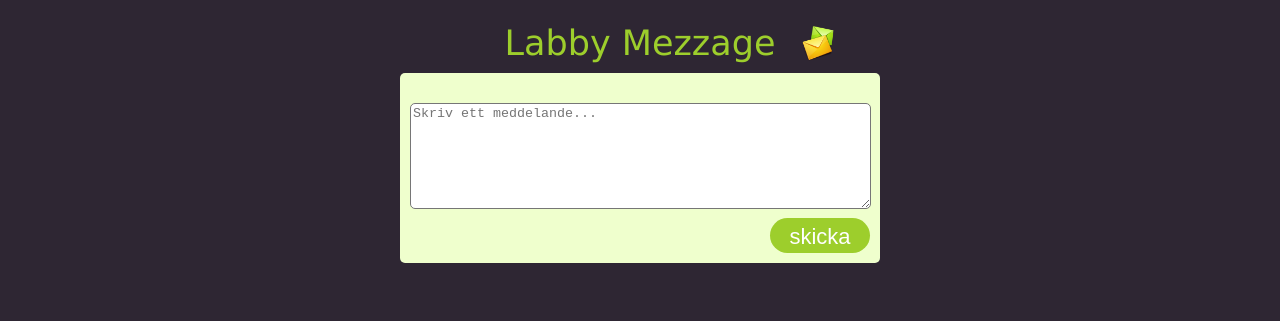
Repository: ad222kr/1dv403-laborationer
Page: 2-labbymezzage/index.html
The author's editor kept a record of every edit. The page is drawn from the files as they stood at one moment, then again after the next edit.
The browser window is 1280 px wide. The pictures show the whole page.

Above is the page before.

### 2-labbymezzage/index.html
<!DOCTYPE HTML>
<html lang="sv">
    <head>
        <meta charset="UTF-8" />
        <title>Laboration 2 - Labby Mezzage!</title>
        <link rel="stylesheet" href="css/style.css" />
        <script src="js/Message.js"></script>
        <script src="js/script.js"></script>
    </head>

    <body>
        <div id ="container">
            <header><h1>Labby Mezzage</h1></header>
            <div id="content">
                <div id="messages"></div>
                <div id="numberofmess"></div>
                <form id="input">
                    <textarea id="textarea" name="textarea" placeholder="Skriv ett meddelande..."></textarea>
                    <button id="button" type="submit"/>skicka</button>
                </div>


            </div>
        </div>
    </body>
</html>

### 2-labbymezzage/css/style.css
body{
    background-color: #2E2633; /* Ändra sen */
    font-family: Verdana, Helvetica;
    color:#9dce2c;
}

h1{


    font-size: 35px;
    font-weight: normal;
}

header{
    background-image: url("pics/logo.png");
    background-size: 35px 35px;
    background-repeat: no-repeat;
    background-position: 90%;
    text-align: center;
    height: 40px;
    line-height: 40px;
    margin-bottom:10px;
}

#container{
    width: 480px;
    margin: 0px auto;
}

#content{
    background: #EFFFCD;
    border-color: #000000;
    padding: 10px;
    border-radius: 5px;
    -webkit-border-radius: 5px;
    -moz-border-radius: 5px;


}

#content textarea{
    width: 455px;
    height: 100px;
    -webkit-border-radius: 5px;
    -moz-border-radius: 5px;
    border-radius: 5px;
    margin-top:20px;
}

#button{
    border: 0px;
	background-color:#9dce2c;
	-webkit-border-top-left-radius:42px;
	-moz-border-radius-topleft:42px;
	border-top-left-radius:42px;
	-webkit-border-top-right-radius:42px;
	-moz-border-radius-topright:42px;
	border-top-right-radius:42px;
	-webkit-border-bottom-right-radius:42px;
	-moz-border-radius-bottomright:42px;
	border-bottom-right-radius:42px;
	-webkit-border-bottom-left-radius:42px;
	-moz-border-radius-bottomleft:42px;
	border-bottom-left-radius:42px;
	display:inline-block;
	color:#ffffff;
	font-size:22px;
	font-weight:normal;
	font-style:normal;
	height:35px;
	line-height:35px;
	width:100px;
	text-decoration:none;
	text-align:center;
	margin-left: 360px;
	margin-top: 5px;
}

#button:hover{
    background:-webkit-gradient( linear, left top, left bottom, color-stop(0.05, #8cb82b), color-stop(1, #9dce2c) );
	background:-moz-linear-gradient( center top, #8cb82b 5%, #9dce2c 100% );
	background-color:#8cb82b;
}

#button:active{
    position: relative;
    top: 1px;
}

#numberofmess{
    color: black;
    font-size: 12px;
    float: right;
}

### 2-labbymezzage/js/Message.js
"use strict";
function Message(message, date){


    this.getText = function(){
        return message;
    }
    this.setText = function(_text){
        message = _text;
    }
    this.getDate = function(){
        return date;
    }
    this.setDate = function(_date){
        date = _date;
    }
}

Message.prototype.toString = function(){
    return this.getText() +" (" + this.getDate() + " )";
}
Message.prototype.getHTMLtext = function(){
    var htmlText = this.getText();
    return htmlText.replace(/\n/g, "<br />");
}

### 2-labbymezzage/js/script.js
var messsageBoard = {

    messages: [],

    init: function(){
        window.onload;

        var mess = new Message("Hej! \nVad händer?", new Date());
        console.log(mess.getText());
        console.log(mess.getDate());
        console.log(mess.toString());
        console.log(mess.getHTMLtext());
        }
};

messsageBoard.init();

After the next edit:
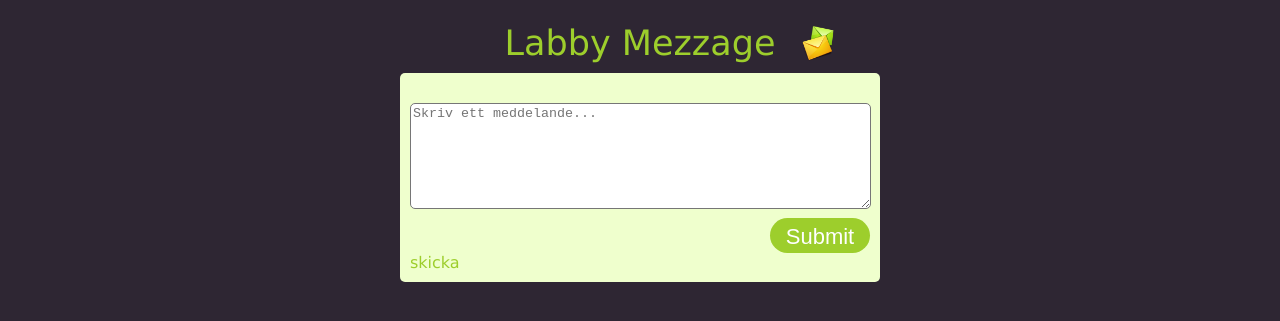
The edit:
--- a/2-labbymezzage/index.html
+++ b/2-labbymezzage/index.html
@@ -16,7 +16,7 @@
                 <div id="numberofmess"></div>
                 <form id="input">
                     <textarea id="textarea" name="textarea" placeholder="Skriv ett meddelande..."></textarea>
-                    <button id="button" type="submit"/>skicka</button>
+                    <input id="button" type="submit"/>skicka</button>
                 </div>
 
 
